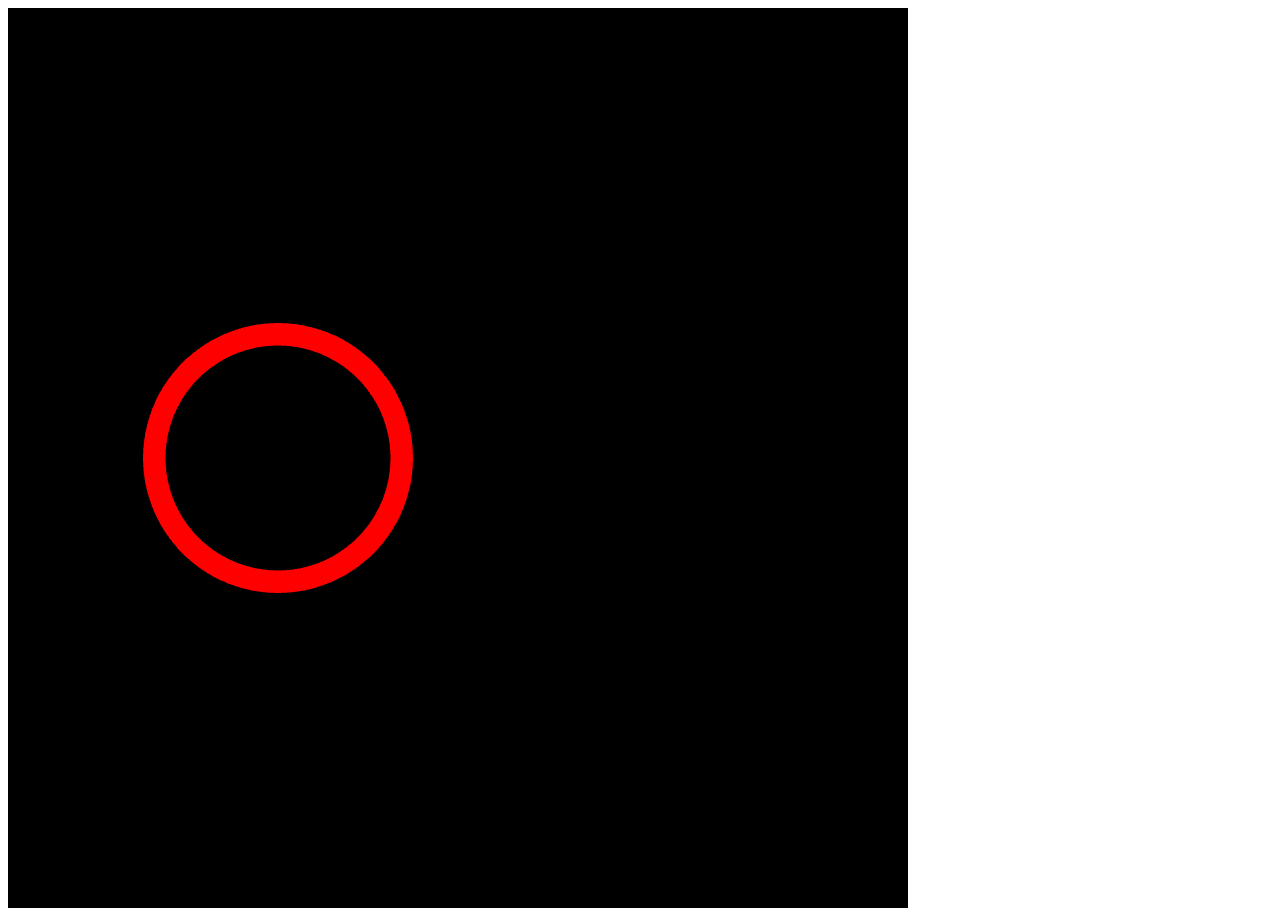
Repository: ChristeZeng/ComputerGraphics
Page: Lab2/Test.html
An editor plug-in stored every save of this project. The page is shown before and after the next save, followed by the edit.
The browser window is 1280 px wide. The pictures show the whole page.

Above is the page before, as saved 2021-10-02 17:23:04.

### Lab2/Test.html
<!DOCTYPE html>
<html>
<head>
  <title>Test</title>
</head>
<body onload="main()">
  <canvas id="gl-canvas" width="900" height="900"></canvas>
  <script src="Test.js"></script>
</body>
</html>

### Lab2/Test.js
function main()
{
    //获取canvas元素
    var canvas = document.getElementById('gl-canvas');
    //获取webgl上下文
    var gl = canvas.getContext("webgl");
    if(!gl)
    {
        alert("WebGL is not supported");
        return;
    }

    const vsSource = `
        attribute vec4 position;
        void main()
        {
            gl_Position = position;
        }
    `;

    const fsSource = `
        void main()
        {
            gl_FragColor = vec4(1.0, 0.0, 0.0, 1.0);
        }
    `;

    //初始化着色器
    const shaderProgram = initShaderProgram(gl, vsSource, fsSource);

    var position = gl.getAttribLocation(shaderProgram, 'position');
    //设置顶点缓冲区
    const buffers = initBuffers(gl);
    //绘制图像
    drawBasic(gl, buffers, position, shaderProgram);

}


//初始化着色器
function initShaderProgram(gl, vsSource, fsSource)
{

    const vertexShader = loadShader(gl, gl.VERTEX_SHADER, vsSource);
    const fragmentShader = loadShader(gl, gl.FRAGMENT_SHADER, fsSource);

    //创建着色器程序
    const shaderProgram = gl.createProgram();
    gl.attachShader(shaderProgram, vertexShader);
    gl.attachShader(shaderProgram, fragmentShader);
    gl.linkProgram(shaderProgram);

    if(!gl.getProgramParameter(shaderProgram, gl.LINK_STATUS))
    {
        alert("Error");
        return null;
    }

    return shaderProgram;
}

function loadShader(gl, type, source)
{
    const shader = gl.createShader(type);

    gl.shaderSource(shader, source);
    gl.compileShader(shader);
    if(!gl.getShaderParameter(shader, gl.COMPILE_STATUS))
    {
        alert("Error: Compile");
        gl.deleteShader(shader);
        return null;
    }
    return shader;
}

function initBuffers(gl)
{
    var N = 100;
    var vertices = [];
    var r_inner = 0.25;
    var r_outter = 0.3;

    for (var i = 0; i <= N; i++)
    {
        var theta = i * 2 * Math.PI / N;
        var x_inner = -0.4 + r_inner * Math.sin(theta);
        var y_inner = r_inner * Math.cos(theta);
        var x_outter = -0.4 + r_outter * Math.sin(theta);
        var y_outter = r_outter * Math.cos(theta);
        vertices.push(x_inner, y_inner);
        vertices.push(x_outter, y_outter);
    }

    // for (var i = 0; i <= N; i++)
    // {
    //     var theta = i * 2 * Math.PI / N;
    //     var x_inner = 0.8 + r_inner * Math.sin(theta);
    //     var y_inner = r_inner * Math.cos(theta);
    //     var x_outter = 0.8 + r_outter * Math.sin(theta);
    //     var y_outter = r_outter * Math.cos(theta);
    //     vertices.push(x_inner, y_inner);
    //     vertices.push(x_outter, y_outter);
    // }

    //创建缓冲区对象
    const positionBuffer = gl.createBuffer();
    //将缓冲区对象绑定到目标
    gl.bindBuffer(gl.ARRAY_BUFFER, positionBuffer);
    // 向缓冲区对象写入数据
    gl.bufferData(gl.ARRAY_BUFFER, new Float32Array(vertices), gl.STATIC_DRAW);
    return {
            position: positionBuffer,
            vertex: vertices
        };
}

function drawBasic(gl, buffers, position, shaderProgram)
{
    //将背景重置为黑色
    gl.clearColor(0.0, 0.0, 0.0, 1.0);
    //清除canvas
    gl.clear(gl.COLOR_BUFFER_BIT);


    gl.bindBuffer(gl.ARRAY_BUFFER, buffers.position);
    gl.vertexAttribPointer(position, 2, gl.FLOAT, false, 0, 0);
    gl.enableVertexAttribArray(position);
    gl.useProgram(shaderProgram);

    //利用TRIANGLE_STRIP参数三角拟合
    gl.drawArrays(gl.TRIANGLE_STRIP, 0, buffers.vertex.length / 2);
}

After the next save:
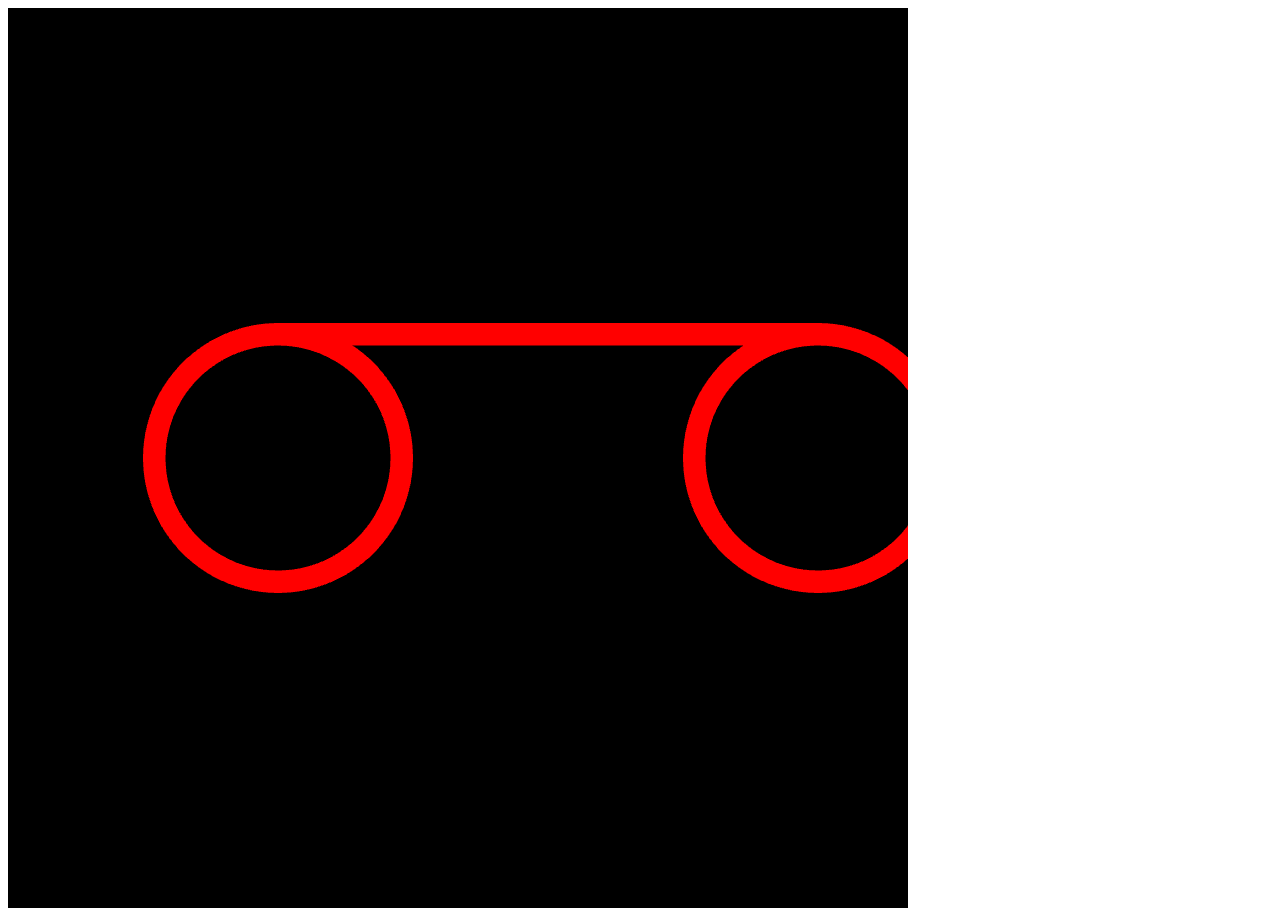
Saved 12 s later.
--- a/Lab2/Test.js
+++ b/Lab2/Test.js
@@ -92,16 +92,16 @@
         vertices.push(x_outter, y_outter);
     }
 
-    // for (var i = 0; i <= N; i++)
-    // {
-    //     var theta = i * 2 * Math.PI / N;
-    //     var x_inner = 0.8 + r_inner * Math.sin(theta);
-    //     var y_inner = r_inner * Math.cos(theta);
-    //     var x_outter = 0.8 + r_outter * Math.sin(theta);
-    //     var y_outter = r_outter * Math.cos(theta);
-    //     vertices.push(x_inner, y_inner);
-    //     vertices.push(x_outter, y_outter);
-    // }
+    for (var i = 0; i <= N; i++)
+    {
+        var theta = i * 2 * Math.PI / N;
+        var x_inner = 0.8 + r_inner * Math.sin(theta);
+        var y_inner = r_inner * Math.cos(theta);
+        var x_outter = 0.8 + r_outter * Math.sin(theta);
+        var y_outter = r_outter * Math.cos(theta);
+        vertices.push(x_inner, y_inner);
+        vertices.push(x_outter, y_outter);
+    }
 
     //创建缓冲区对象
     const positionBuffer = gl.createBuffer();
